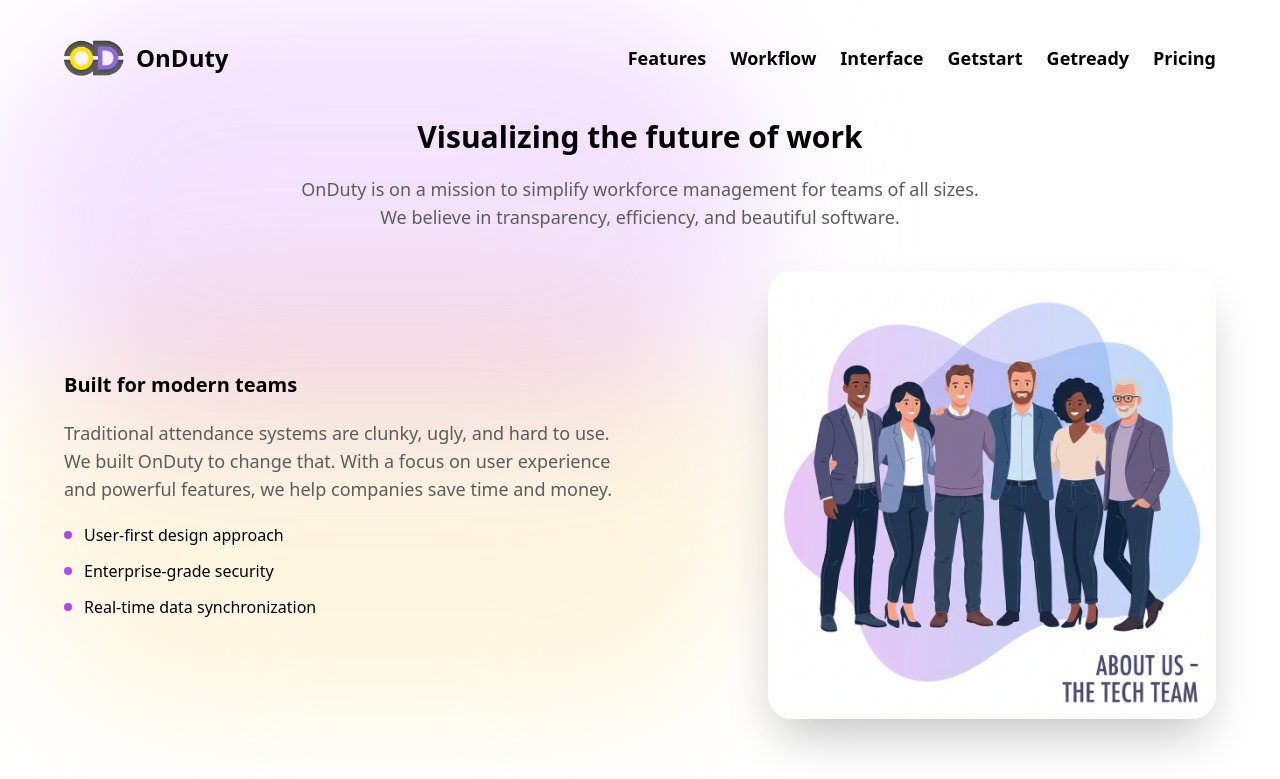
Repository: shekharzorin/ONDUTY-V1
Page: /about
The author's editor kept a copy of each file at every save. The page is drawn from the files as they stood at one save, then again after the next save.
The browser window is 1280 px wide. The pictures show the whole page.
The project was rebuilt for these pictures with package versions that can differ from the ones it lists, and the page was loaded fresh each time. The framework's server and built-in components were replaced by stand-ins that run in the browser. Also part of the build but not shown: next.config.mjs, vite.config.js, app/components/ui/Crossicon.tsx.

Above is the page before, as saved 2026-01-17 16:15:41.

### app/layout.tsx
import type { Metadata } from "next";
import { Geist, Geist_Mono } from "next/font/google";
import "./globals.css";
import Navbar from "./components/header/Navbar";

const geistSans = Geist({
  variable: "--font-geist-sans",
  subsets: ["latin"],
});

const geistMono = Geist_Mono({
  variable: "--font-geist-mono",
  subsets: ["latin"],
});

export const metadata: Metadata = {
  title: "Create Next App",
  description: "Generated by create next app",
};

export default function RootLayout({
  children,
}: Readonly<{
  children: React.ReactNode;
}>) {
  return (
    <html lang="en">
      <body
        className={`${geistSans.variable} ${geistMono.variable} antialiased`}
      >
        <Navbar />
        {children}
      </body>
    </html>
  );
}

### app/about/page.tsx
import About from '../components/sections/about'

const page = () => {
  return (
    <About/>
  )
}

export default page

### app/globals.css
@import "tailwindcss";

:root {
  --color-primary: #8d6bdc;
  --color-secondary: #e0d4ff;
  --color-bg: #efefef;
  --color-sidebar: #ffffff;
  --color-gray: #5d5d5d;
}

html {
  scroll-behavior: smooth;
}




.flip-card {
  perspective: 1000px;
}

.flip-card-inner {
  transform-style: preserve-3d;
}

.flip-card-front,
.flip-card-back {
  position: absolute;
  width:auto;
  height:auto;
  backface-visibility: hidden;
}

.flip-card-back {
  transform: rotateY(180deg);
}

### app/components/header/Navbar.tsx
"use client";

import Logo from "@/public/images/od_logo.png";
import Image from "next/image";
import Link from "next/link";
import { usePathname } from "next/navigation";
import { useEffect, useState } from "react";
import { MdMenu } from "react-icons/md";
import { motion, AnimatePresence } from "framer-motion";
import { useRouter } from "next/navigation";
import Crossicon from "../ui/Crossicon";

export const navLinks = [
  { name: "Features", id: "features" },
  { name: "Workflow", id: "workflow" },
  { name: "Interface", id: "interface" },
  { name: "Getstart", id: "getstart" },
  { name: "Getready", id: "getready" },
  { name: "Pricing", path: "/pricing/" },
];

const Navbar = () => {
  const pathname = usePathname();
  const [isScrolled, setIsScrolled] = useState(false);
  const [isNavOpen, setIsNavOpen] = useState(false);
  const router = useRouter();
  const [activeSection, setActiveSection] = useState<string | null>(null);

  const handleScrollNav = (id: string) => {
    setActiveSection(id);
    router.push(`/#${id}`);
  };

  useEffect(() => {
    if (pathname !== "/") {
      setActiveSection(null);
    }
  }, [pathname]);

  useEffect(() => {
    if (pathname !== "/") return;
    const hash = window.location.hash.replace("#", "");
    if (hash) {
      setActiveSection(hash);
    } else {
      setActiveSection("features");
    }
  }, [pathname]);

  useEffect(() => {
    const handleScroll = () => setIsScrolled(window.scrollY > 20);
    window.addEventListener("scroll", handleScroll);
    return () => window.removeEventListener("scroll", handleScroll);
  }, []);

  useEffect(() => {
    if (isNavOpen) {
      document.body.style.overflow = "hidden";
    } else {
      document.body.style.overflow = "";
    }
    return () => {
      document.body.style.overflow = "";
    };
  }, [isNavOpen]);

  useEffect(() => {
    if (pathname !== "/") return;

    const sections = [
      "features",
      "workflow",
      "interface",
      "getready",
      "getstart",
    ];
    let locked = true;

    const unlock = () => (locked = false);
    window.addEventListener("scroll", unlock, { once: true });

    const observer = new IntersectionObserver(
      (entries) => {
        if (locked) return;

        entries.forEach((entry) => {
          if (entry.isIntersecting) {
            const id = entry.target.id;

            // 1️⃣ Update active state
            setActiveSection(id);

            // 2️⃣ Update URL hash WITHOUT navigation
            router.replace(`/#${id}`, { scroll: false });
          }
        });
      },
      {
        rootMargin: "-45% 0px -45% 0px",
        threshold: 0,
      }
    );

    sections.forEach((id) => {
      const el = document.getElementById(id);
      if (el) observer.observe(el);
    });

    return () => observer.disconnect();
  }, [pathname, router]);

  return (
    <header
      className={`fixed top-0 left-0 right-0 z-50 border-b transition-all ${
        isScrolled
          ? "bg-transparent backdrop-blur-md border-white shadow-lg py-0"
          : "bg-transparent border-transparent py-5"
      }`}
    >
      <div className="mx-auto w-full px-4 sm:px-6 md:px-8 lg:px-12 xl:px-16 2xl:px-24 max-w-384 py-2 flex items-center justify-between">
        <div className="flex gap-2 lg:gap-3 items-center">
          <Image
            src={Logo}
            alt="Onduty Logo"
            height={60}
            width={60}
            className="flex h-10 w-10 md:h-12 md:w-12 lg:h-15 lg:w-15"
          />
          <h1 className="text-2xl lg:text-2xl font-bold">OnDuty</h1>
        </div>

        {/* Desktop Navbar */}
        <nav className="hidden lg:flex gap-6">
          {navLinks.map((item) => {
            // SCROLL ITEM
            if (item.id) {
              return (
                <button
                  key={item.id}
                  onClick={() => handleScrollNav(item.id)}
                  className={`relative lg:font-semibold xl:font-bold text-lg transition-colors duration-300
                    after:absolute after:left-0 after:-bottom-1 after:h-1
                    after:rounded-full after:bg-(--color-primary)
                    after:transition-all after:duration-300
                    ${
                      activeSection === item.id && pathname === "/"
                        ? "text-(--color-primary)"
                        : "after:w-0 hover:after:w-full"
                    }
                  `}
                >
                  {item.name}
                </button>
              );
            }

            // ROUTE ITEM
            const isActive = pathname === item.path;

            return (
              <Link
                key={item.path}
                href={item.path!}
                className={`relative lg:font-semibold xl:font-bold text-lg transition-colors duration-300
                  after:absolute after:left-0 after:-bottom-1 after:h-1
                  after:rounded-full after:bg-(--color-primary)
                  after:transition-all after:duration-300
                  ${
                    isActive
                      ? "text-(--color-primary)"
                      : "after:w-0 hover:after:w-full"
                  }
                `}
              >
                {item.name}
              </Link>
            );
          })}
        </nav>

        <div className="lg:hidden gap-3">
          <div
            onClick={() => setIsNavOpen(true)}
            className="flex p-1 lg:hidden bg-(--color-secondary) rounded-full border-white border justify-center items-center"
          >
            <MdMenu size={28} className="opacity-10 animate-pulse" />
          </div>

          <AnimatePresence>
            {isNavOpen && (
              <motion.div
                className="fixed inset-0 backdrop-blur-sm bg-black/30 flex justify-end h-screen"
                initial={{ opacity: 0 }}
                animate={{ opacity: 1 }}
                exit={{ opacity: 1 }}
                transition={{ duration: 0.6 }}
              >
                {/* Drawer */}
                <motion.div
                  className="relative w-[70%] md:w-[60%] bg-(--color-sidebar) h-full flex items-center"
                  initial={{ x: "100%" }}
                  animate={{ x: 0 }}
                  exit={{ x: "100%" }}
                  onClick={(e: any) => e.stopPropagation()}
                  transition={{
                    duration: 0.35,
                    ease: "easeInOut",
                  }}
                >
                  {/* Close button */}
                  <div className="flex absolute top-7.25 right-4 md:right-8 lg:hidden z-20 ">
                    <Crossicon onClick={() => setIsNavOpen(false)} />
                  </div>

                  {/* Mobile Navbar */}
                  <nav className="flex flex-col gap-10 p-10 mt-10 w-full">
                    {navLinks.map((item) => {
                      if (item.id) {
                        return (
                          <button
                            key={item.id}
                            onClick={() => {
                              handleScrollNav(item.id);
                              setIsNavOpen(false);
                            }}
                            className={`py-2 w-full relative text-lg font-semibold md:font-bold text-left transition-colors
                              ${
                                activeSection === item.id && pathname === "/"
                                  ? "text-(--color-primary)"
                                  : "text-black/80 hover:text-(--color-primary)"
                              }
                            `}
                          >
                            {item.name}
                          </button>
                        );
                      }

                      const isActive = pathname === item.path;

                      return (
                        <Link
                          key={item.path}
                          href={item.path!}
                          onClick={() => setIsNavOpen(false)}
                          className={`relative text-lg font-semibold md:font-bold py-2
                            ${isActive ? "text-(--color-primary)" : ""}
                          `}
                        >
                          {item.name}
                        </Link>
                      );
                    })}
                  </nav>
                </motion.div>
              </motion.div>
            )}
          </AnimatePresence>
        </div>
      </div>
    </header>
  );
};

export default Navbar;

### app/components/sections/about.tsx
import team from "@/public/images/team.png";
import Image from "next/image";

const About = () => {
  return (
    <section className="relative px-4 sm:px-6 md:px-8 lg:px-12 xl:px-16 2xl:px-24 max-w-384 mx-auto">
      {/* Background flare */}
      <div className="absolute top-0 left-1/2 -translate-x-1/2 w-full h-full max-w-7xl pointer-events-none -z-10">
        <div className="absolute top-0 w-[60%] h-[60%] bg-[#eccfff] rounded-full blur-3xl opacity-60 mix-blend-multiply filter" />
        <div className="absolute bottom-0 w-[60%] h-[60%] bg-[#fff0cd] rounded-full blur-3xl opacity-60 mix-blend-multiply filter" />
      </div>
      <div className="flex flex-col gap-10 mb-15">
        <div className="flex flex-col items-center justify-center mt-30 text-center gap-5">
          <p className="text-2xl lg:text-3xl font-bold leading-[1.15]">
            Visualizing the future of work
          </p>
          <p className="md:text-lg text-(--color-gray)">
            OnDuty is on a mission to simplify workforce management for teams of
            all sizes. <br />
            We believe in transparency, efficiency, and beautiful software.
          </p>
        </div>

        <div className="flex flex-col lg:flex-row items-center justify-center lg:justify-between gap-10">
          <div className="flex flex-col gap-5 text-center lg:text-start">
            <p className="font-bold text-xl">Built for modern teams</p>

            <p className="text-balance md:text-lg text-(--color-gray)">
              Traditional attendance systems are clunky, ugly, and hard to use.
              We built OnDuty to change that. With a focus on user experience
              and powerful features, we help companies save time and money.
            </p>

            <ul className="space-y-3 flex flex-col items-start justify-center">
              <li className="flex items-start gap-3">
                <span className="mt-2 w-2 h-2 rounded-full bg-purple-500"></span>
                <span>User-first design approach</span>
              </li>

              <li className="flex items-start gap-3">
                <span className="mt-2 w-2 h-2 rounded-full bg-purple-500"></span>
                <span>Enterprise-grade security</span>
              </li>

              <li className="flex items-start gap-3">
                <span className="mt-2 w-2 h-2 rounded-full bg-purple-500"></span>
                <span>Real-time data synchronization</span>
              </li>
            </ul>
          </div>

          <Image
            src={team}
            alt="Team Image"
            height={300}
            width={300}
            className="relative rounded-3xl shadow-2xl md:w-sm xl:w-md"
          />
        </div>
      </div>
    </section>
  );
};

export default About;

After the next save:
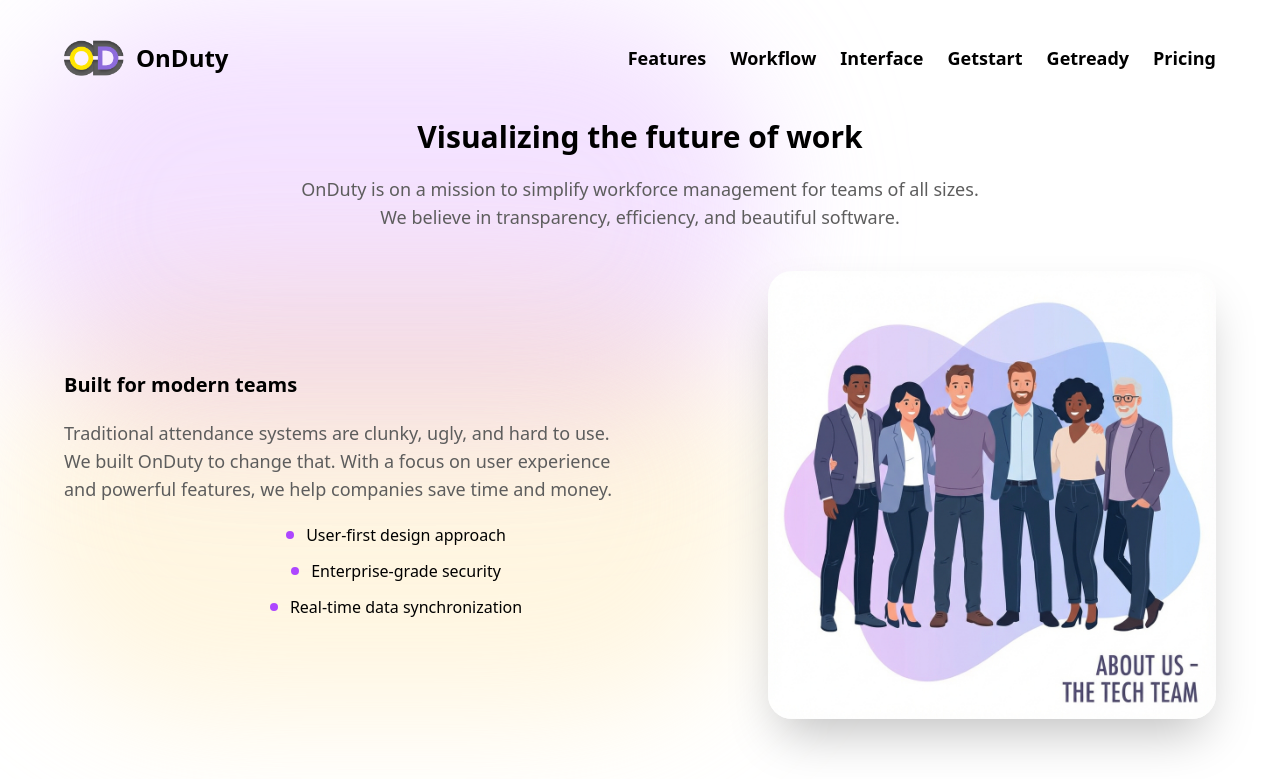
Saved 17 s later.
--- a/app/components/sections/about.tsx
+++ b/app/components/sections/about.tsx
@@ -31,7 +31,7 @@
               and powerful features, we help companies save time and money.
             </p>
 
-            <ul className="space-y-3 flex flex-col items-start justify-center">
+            <ul className="space-y-3 flex flex-col items-center justify-center">
               <li className="flex items-start gap-3">
                 <span className="mt-2 w-2 h-2 rounded-full bg-purple-500"></span>
                 <span>User-first design approach</span>

After the save that followed:
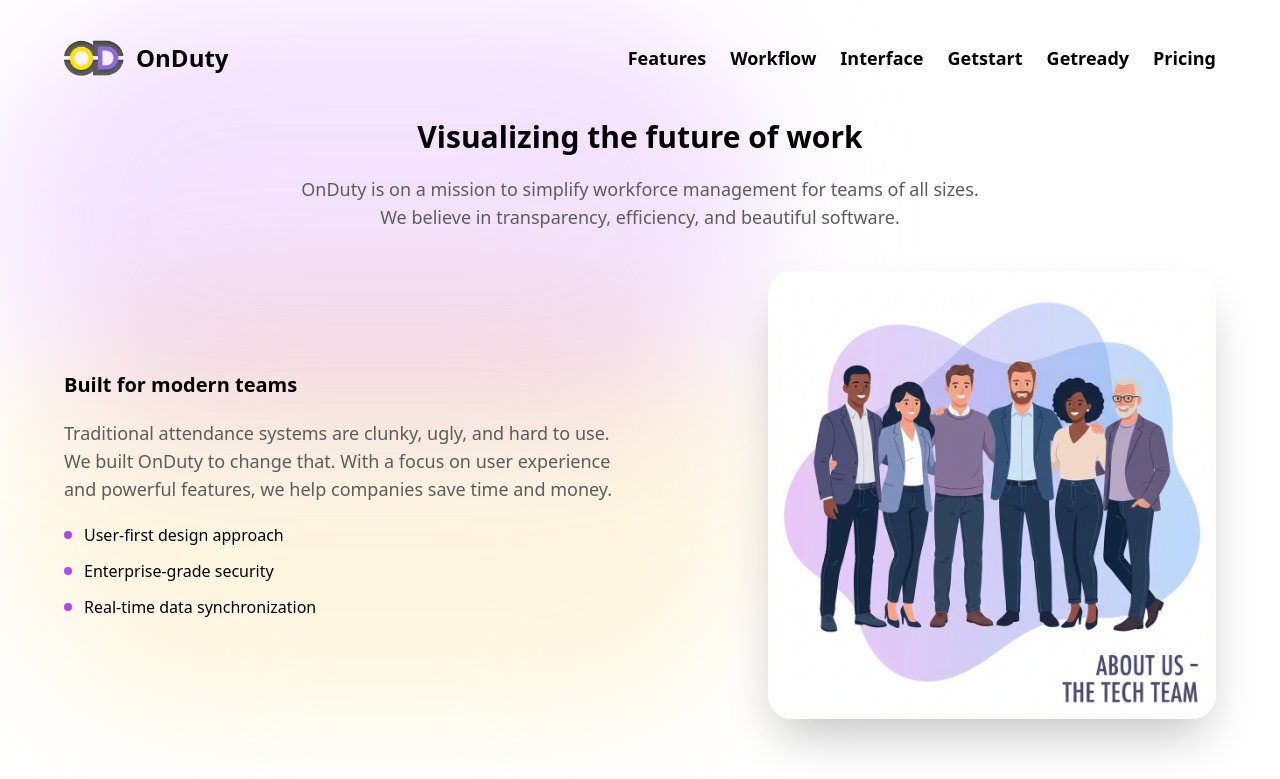
Saved 6 s later.
--- a/app/components/sections/about.tsx
+++ b/app/components/sections/about.tsx
@@ -31,7 +31,7 @@
               and powerful features, we help companies save time and money.
             </p>
 
-            <ul className="space-y-3 flex flex-col items-center justify-center">
+            <ul className="space-y-3 flex flex-col items-start justify-center">
               <li className="flex items-start gap-3">
                 <span className="mt-2 w-2 h-2 rounded-full bg-purple-500"></span>
                 <span>User-first design approach</span>
